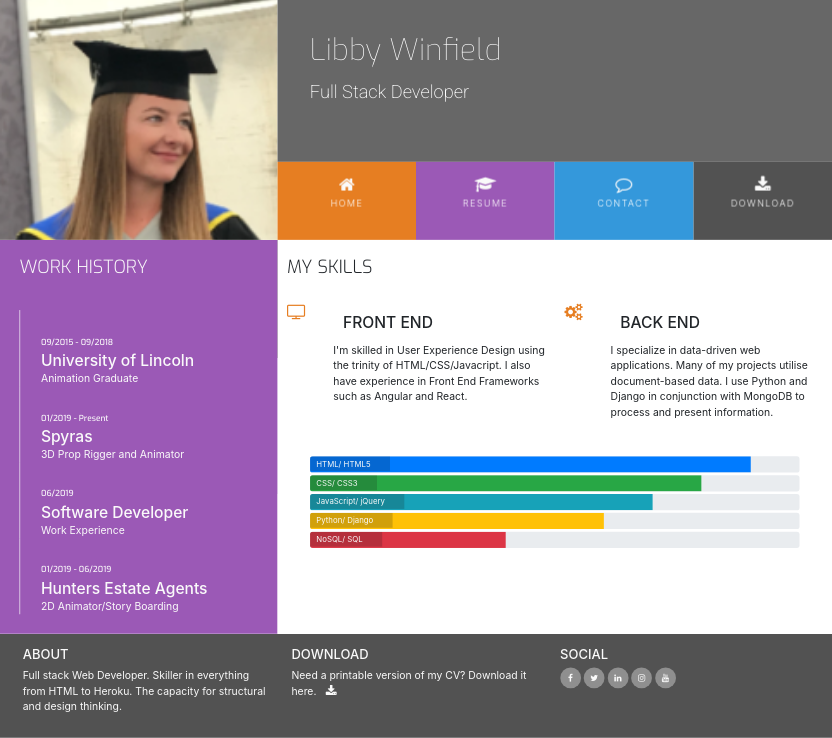
Repository: LibbyWin/CV
Page: resume.html
The author's editor kept a record of every edit. The page is drawn from the files as they stood at one moment, then again after the next edit.
The browser window is 1280 px wide. The pictures show the whole page, at 65% of full size.

Above is the page before.

After the next edit:
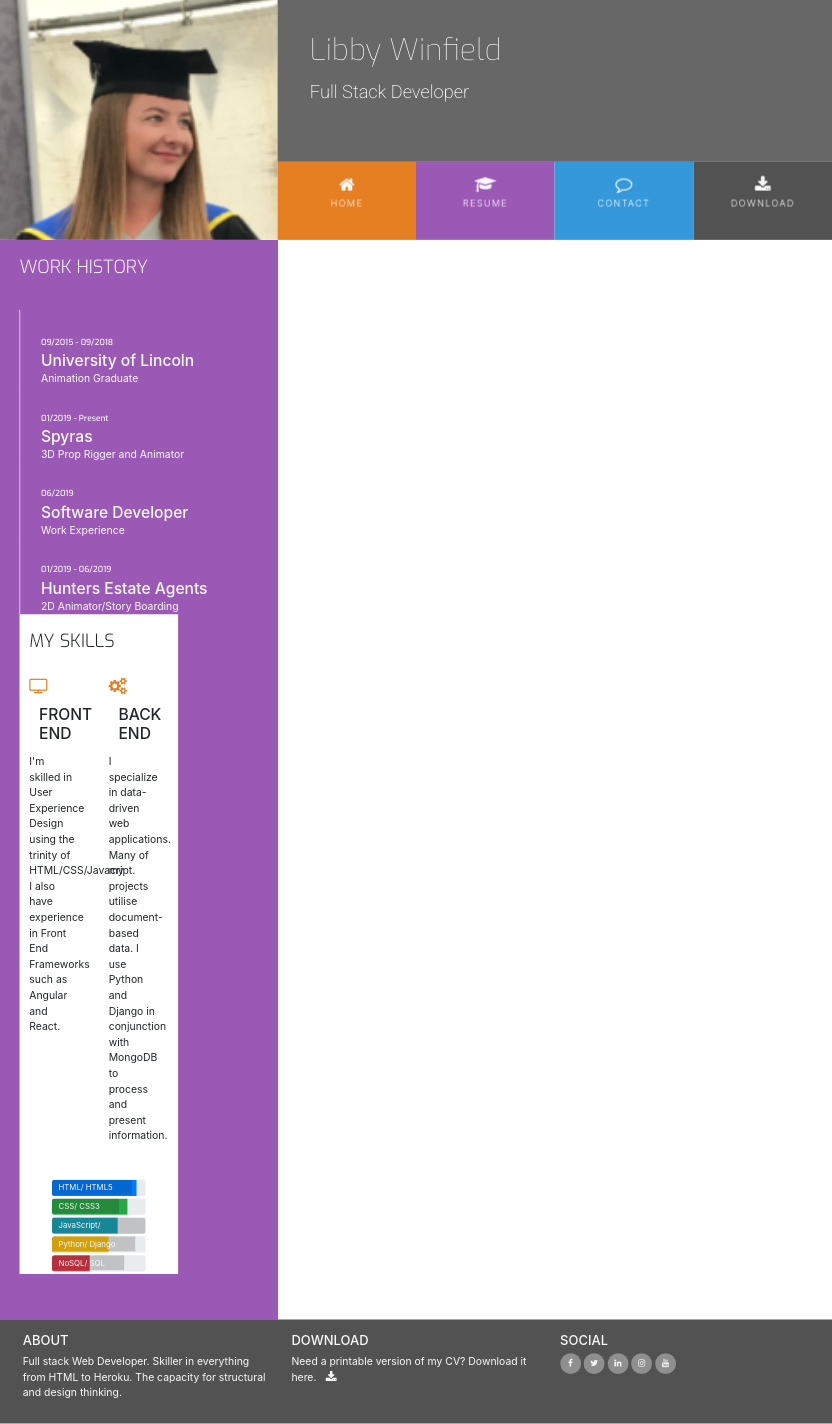
The edit:
--- a/resume.html
+++ b/resume.html
@@ -62,6 +62,7 @@
                         </h3>
                     </div>
                 </div>
+                <div class="history-items">
                 <div class="timeline-item" data-dates="09/2015 - 09/2018">
                     <h4>University of Lincoln</h4>
                     <p>Animation Graduate</p>

After the edit that followed:
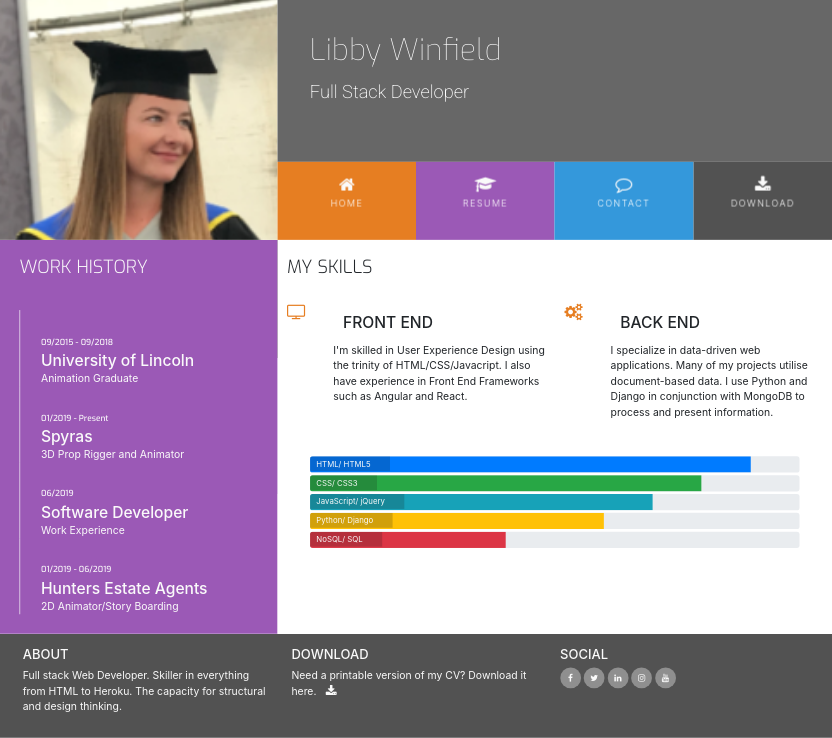
The edit:
--- a/resume.html
+++ b/resume.html
@@ -63,23 +63,23 @@
                     </div>
                 </div>
                 <div class="history-items">
-                <div class="timeline-item" data-dates="09/2015 - 09/2018">
-                    <h4>University of Lincoln</h4>
-                    <p>Animation Graduate</p>
-                </div>
-
-                <div class="timeline-item" data-dates="01/2019 - Present">
-                    <h4>Spyras</h4>
-                    <p>3D Prop Rigger and Animator</p>
-                </div>
-
-                <div class="timeline-item" data-dates="06/2019">
-                    <h4>Software Developer</h4>
-                    <p>Work Experience</p>
-                </div>
-                <div class="timeline-item" data-dates="01/2019 - 06/2019">
-                    <h4>Hunters Estate Agents</h4>
-                    <p>2D Animator/Story Boarding</p>
+                    <div class="timeline-item" data-dates="09/2015 - 09/2018">
+                        <h4>University of Lincoln</h4>
+                        <p>Animation Graduate</p>
+                    </div>
+                    <div class="timeline-item" data-dates="01/2019 - Present">
+                        <h4>Spyras</h4>
+                        <p>3D Prop Rigger and Animator</p>
+                    </div>
+
+                    <div class="timeline-item" data-dates="06/2019">
+                        <h4>Software Developer</h4>
+                        <p>Work Experience</p>
+                    </div>
+                    <div class="timeline-item" data-dates="01/2019 - 06/2019">
+                        <h4>Hunters Estate Agents</h4>
+                        <p>2D Animator/Story Boarding</p>
+                    </div>
                 </div>
             </div>
             <div class="col-md-8 bg-color-three-reasons">
